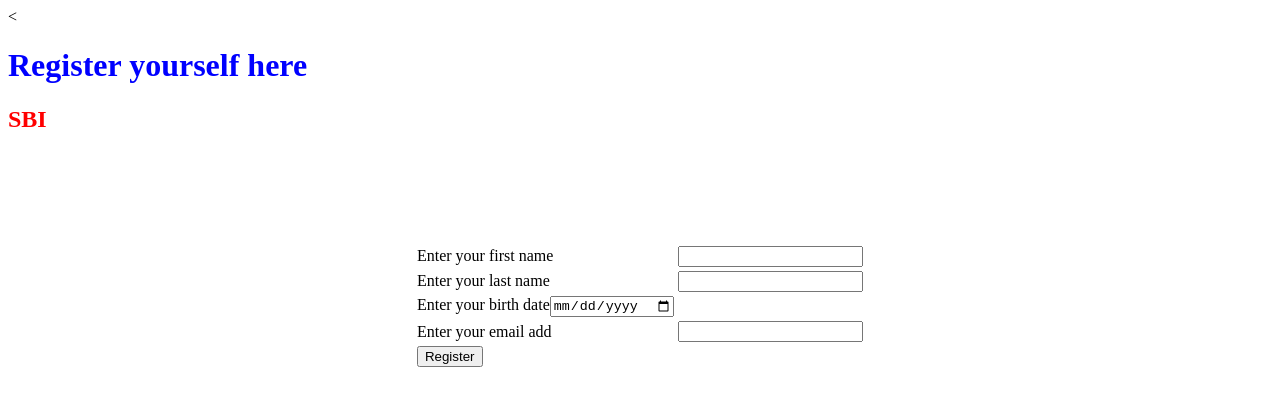
Repository: Prince1530/training
Page: BankProject/public/register.html
The author's editor kept a copy of each file at every save. The page is drawn from the files as they stood at one save, then again after the next save.
The browser window is 1280 px wide. The pictures show the whole page.

Above is the page before, as saved 2022-06-13 09:06:32.

After the next save:
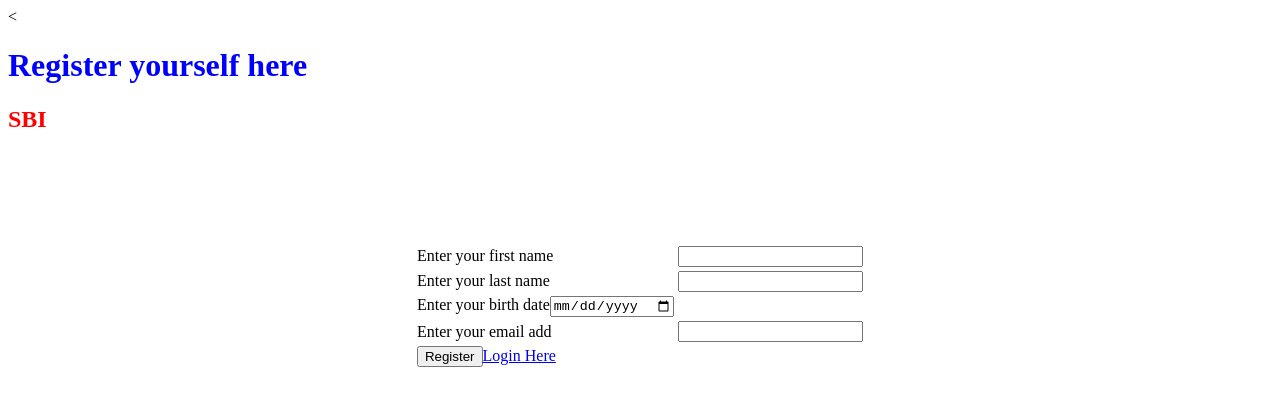
Saved 5 min 55 s later.
--- a/BankProject/public/register.html
+++ b/BankProject/public/register.html
@@ -13,7 +13,8 @@
 <tr><td>Enter your last name</td><td><input type=text></td><br>
 <tr><td>Enter your birth date<input type=date></tr></td><br>
 <tr><td>Enter your email add</td><td><input type=text></td><br>
-<tr><td><input type=submit name =submit value="Register"></tr></td> <br>
+<tr><td><input type=submit name =submit value="Register"><a href="Login.html">Login Here</a></tr></td> <br>
+
 </table>
 </body>
 </html>
